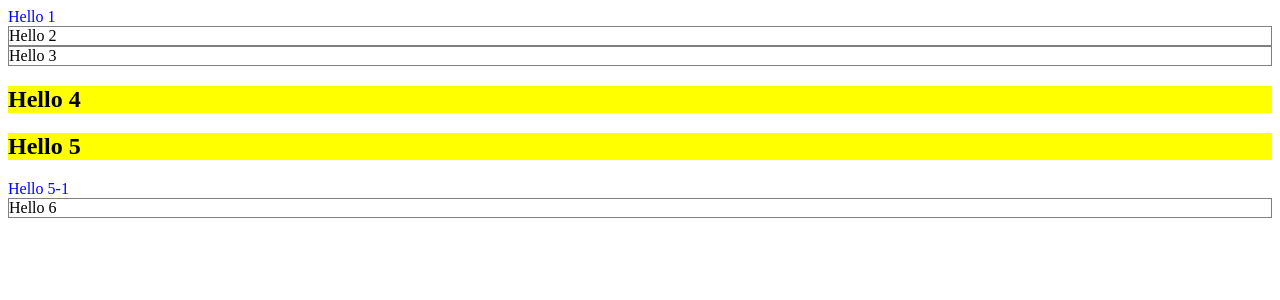
Repository: iyhong/spring_openAPI_lecture
Page: jquerytest/WebContent/jquery1.html
These files come from the project's save history. The page is drawn as it stood at one moment and after the next save; the edit follows.
The browser window is 1280 px wide. The pictures show the whole page.

Above is the page before, as saved 2021-06-02 02:08:43.

### jquerytest/WebContent/jquery1.html
<!DOCTYPE html>
<html>
<head>
<meta charset="utf-8">
<title>Insert title here</title>
<script type="text/javascript" src="https://code.jquery.com/jquery.js"></script>
<script type="text/javascript">
$(function() {
	/* $("#a").css("color","blue") */
	$("div#a").css("color", "blue")
	$("h2").css("background-color", "yellow")
	$(".test").css("border", "solid 1px gray")
})
</script>
</head>
<body>
	<div id="root">
		<div id="a">Hello 1</div>
		<div class="test">Hello 2</div>
		<div class="test  main">Hello 3</div>
		<h2>Hello 4</h2>
		<h2 id="a">Hello 5</h2>
		<div id="a">Hello 5-1</div>
	</div>
	<div id="other">
		<div class="test">Hello 6</div>
	</div>
</body>
</html>

After the next save:
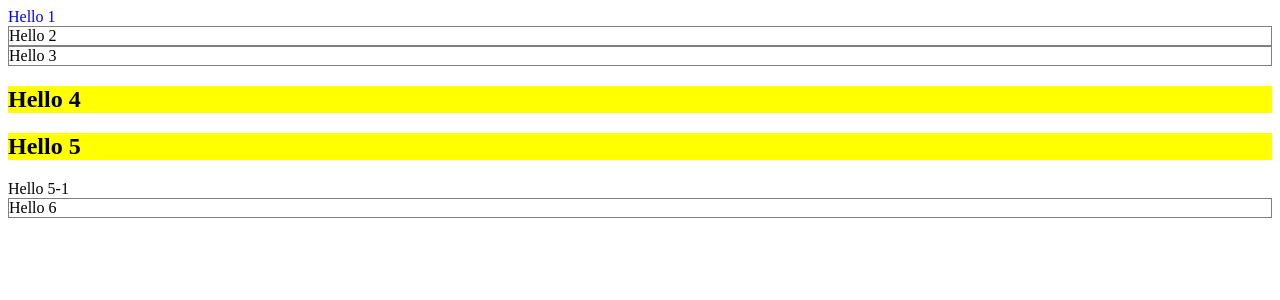
Saved 33 s later.
--- a/jquerytest/WebContent/jquery1.html
+++ b/jquerytest/WebContent/jquery1.html
@@ -6,8 +6,8 @@
 <script type="text/javascript" src="https://code.jquery.com/jquery.js"></script>
 <script type="text/javascript">
 $(function() {
-	/* $("#a").css("color","blue") */
-	$("div#a").css("color", "blue")
+	$("#a").css("color","blue")
+	/* $("div#a").css("color", "blue") */
 	$("h2").css("background-color", "yellow")
 	$(".test").css("border", "solid 1px gray")
 })
